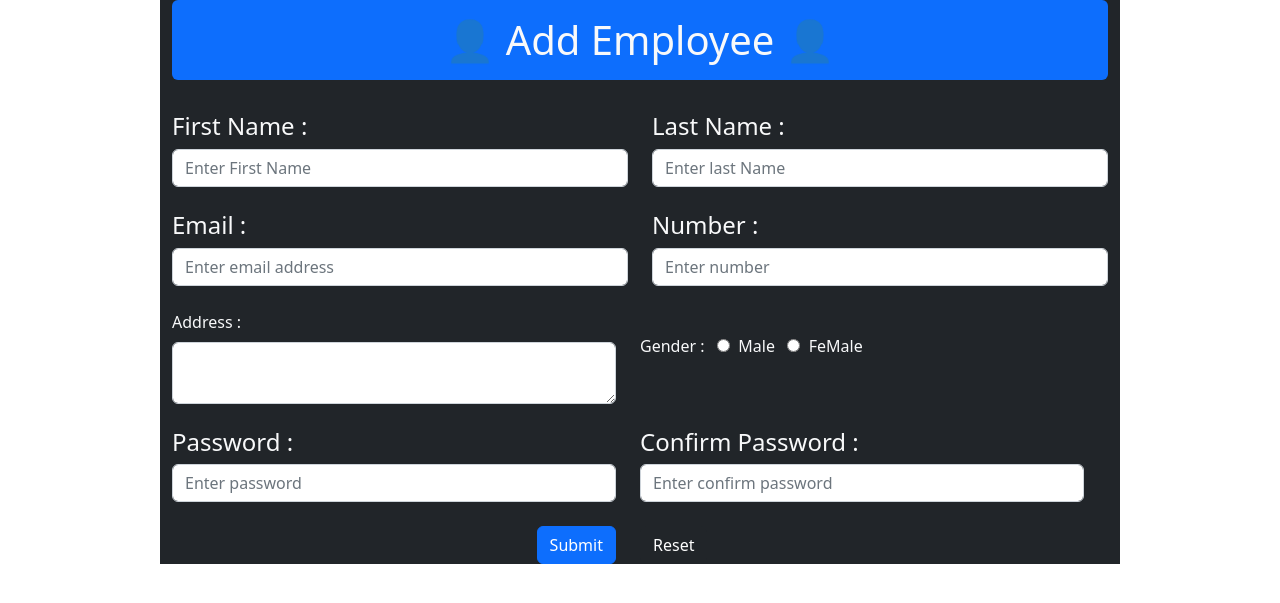
Repository: Rahulkathiriya/java-assignment-and-assesment
Page: http://localhost/web007_assesment_employee_Management_System/addEmployee.jsp
The author's editor kept a copy of each file at every save. The page is drawn from the files as they stood at one save, then again after the next save.
The browser window is 1280 px wide. The pictures show the whole page.
The page is served by Tomcat 9. Other server files are loaded and not shown.

Above is the page before, as saved 2022-11-17 15:50:50.

### web007_assesment_employee_Management_System/src/main/webapp/addEmployee.jsp
<%@ page language="java" contentType="text/html; charset=UTF-8"
	pageEncoding="UTF-8"%>
<!DOCTYPE html>
<html>
<head>
<!-- CSS only -->
<link
	href="https://cdn.jsdelivr.net/npm/bootstrap@5.2.0/dist/css/bootstrap.min.css"
	rel="stylesheet"
	integrity="sha384-gH2yIJqKdNHPEq0n4Mqa/HGKIhSkIHeL5AyhkYV8i59U5AR6csBvApHHNl/vI1Bx"
	crossorigin="anonymous">
<!-- <-- JavaScript Bundle with Popper -->
<script
	src="https://cdn.jsdelivr.net/npm/bootstrap@5.2.0/dist/js/bootstrap.bundle.min.js"
	integrity="sha384-A3rJD856KowSb7dwlZdYEkO39Gagi7vIsF0jrRAoQmDKKtQBHUuLZ9AsSv4jD4Xa"
	crossorigin="anonymous"></script>

<!--  	j-Queary cdn -->
<script
	src="https://cdnjs.cloudflare.com/ajax/libs/jquery/3.6.1/jquery.min.js"
	integrity="sha512-aVKKRRi/Q/YV+4mjoKBsE4x3H+BkegoM/em46NNlCqNTmUYADjBbeNefNxYV7giUp0VxICtqdrbqU7iVaeZNXA=="
	crossorigin="anonymous" referrerpolicy="no-referrer"></script>
<meta charset="UTF-8">
<title>add Employee</title>
<style type="text/css">
.form-control:focus {
	border-color: none !important;
	box-shadow: none !important;
}
</style>
</head>
<body>

	<div class="container bg-dark text-light m-auto w-75">
		<div class="h1 text-center bg-primary rounded p-3">👤 Add
			Employee 👤</div>
		<br>
		<div class="row">
			<div class="col col-sm-12 col-md-6 col-lg-6">
				<label class=" h4 form-label" for="fname">First Name :</label> <input
					type="text" id="fname" name="fname" class="form-control"
					placeholder="Enter First Name">
			</div>
			<div class="col col-sm-12 col-md-6 col-lg-6">
				<label class=" h4 form-label" for="lname">Last Name :</label> <input
					type="text" id="lname" name="lname" class="form-control"
					placeholder="Enter last Name">
			</div>
		</div>
		<br>
		<div class="row">
			<div class="col col-sm-12 col-md-6 col-lg-6">
				<label class=" h4 form-label" for="email">Email :</label> <input
					type="email" id="email" name="email" class="form-control"
					placeholder="Enter email address">
			</div>
			<div class="col col-sm-12 col-md-6 col-lg-6">
				<label class=" h4 form-label" for="number">Number :</label> <input
					type="text" id="number" name="number" class="form-control"
					placeholder="Enter number">
			</div>

			<div class="row mt-4">
				<div class="col col-sm-12 col-md-6 col-lg-6">
					<label class="form-label">Address : </label>
					<textarea rows="" cols="" class="form-control" id="address"></textarea>
				</div>
				<div class="col col-sm-12 col-md-6 col-lg-6 mt-4">
					<label class="form-label" for="gender">Gender :</label> &nbsp; <input
						type="radio" name="gender" value="male"> &nbsp;Male &nbsp;
					<input type="radio" name="gender" value="male">
					&nbsp;FeMale
				</div>
			</div>
			<div class="row mt-4">
				<div class="col col-sm-12 col-md-6 col-lg-6">
					<label class=" h4 form-label" for="password">Password :</label> <input
						type="text" id="password" name="password" class="form-control"
						placeholder="Enter password">
				</div>
				<div class="col col-sm-12 col-md-6 col-lg-6">
					<label class=" h4 form-label" for="conpass">Confirm
						Password :</label> <input type="text" id="conpass" name="conpass"
						class="form-control" placeholder="Enter confirm password">
				</div>
			</div>
			<div class="row mt-4">
				<div class="col col-sm-12 col-md-6 col-lg-6 text-end">
				<a href="submit" class="btn btn-primary">Submit</a>

				</div>
				<div class="col col-sm-12 col-md-6 col-lg-6 text-start">
					<a href="submit" class="btn btn-dark">Reset</a>
				</div>
			</div>
		</div>



	</div>

















</body>
</html>

After the next save:
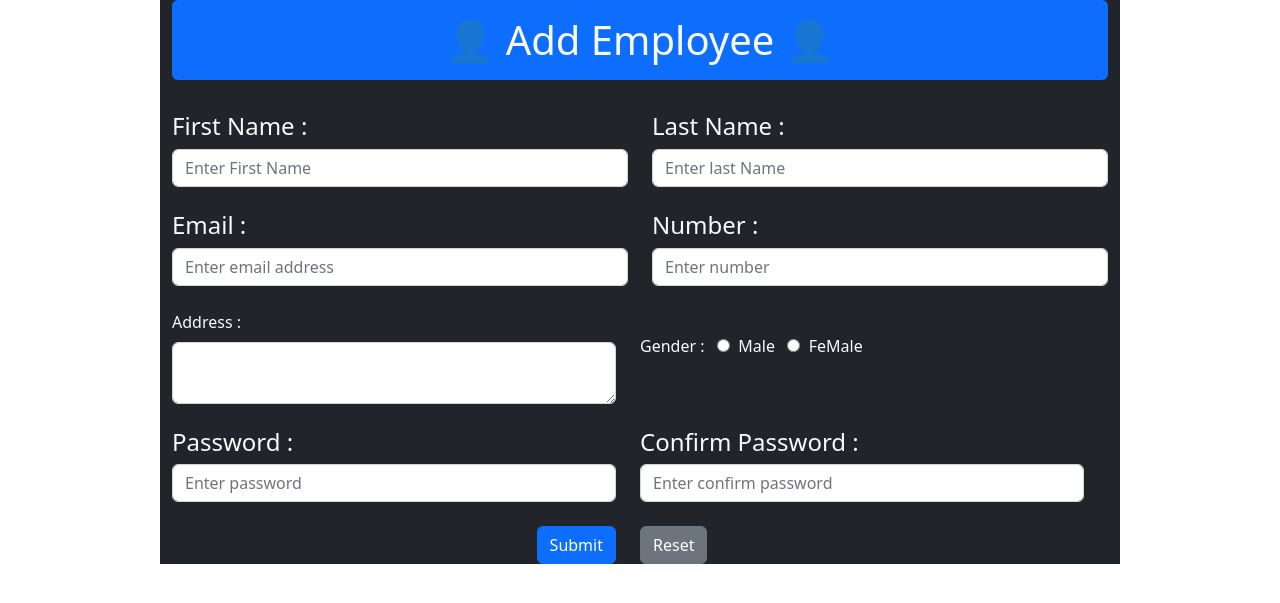
Saved 36 s later.
--- a/web007_assesment_employee_Management_System/src/main/webapp/addEmployee.jsp
+++ b/web007_assesment_employee_Management_System/src/main/webapp/addEmployee.jsp
@@ -90,7 +90,7 @@
 
 				</div>
 				<div class="col col-sm-12 col-md-6 col-lg-6 text-start">
-					<a href="submit" class="btn btn-dark">Reset</a>
+					<a href="submit" class="btn btn-secondary">Reset</a>
 				</div>
 			</div>
 		</div>
